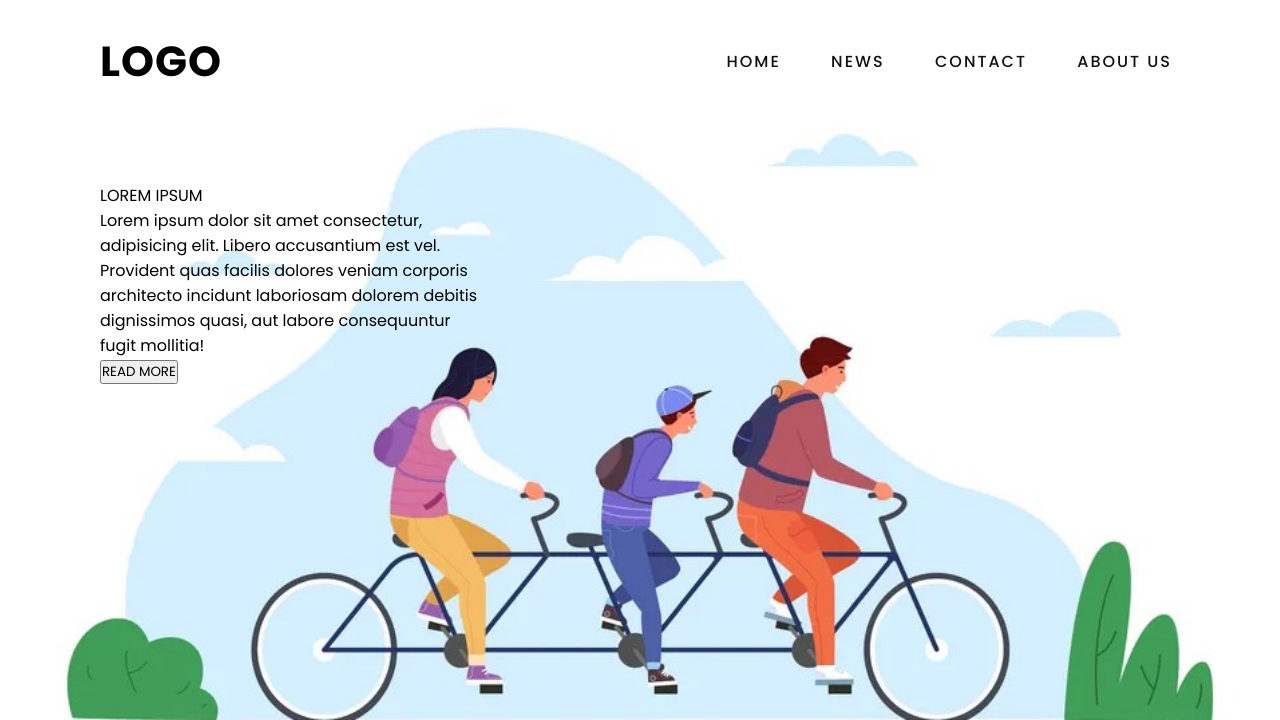
Repository: nganha241/1806
Page: index.html
These files come from the project's save history. The page is drawn as it stood at one moment and after the next save; the edit follows.
The browser window is 1280 px wide. The pictures show the whole page.

Above is the page before, as saved 2022-06-18 15:48:23.

After the next save:
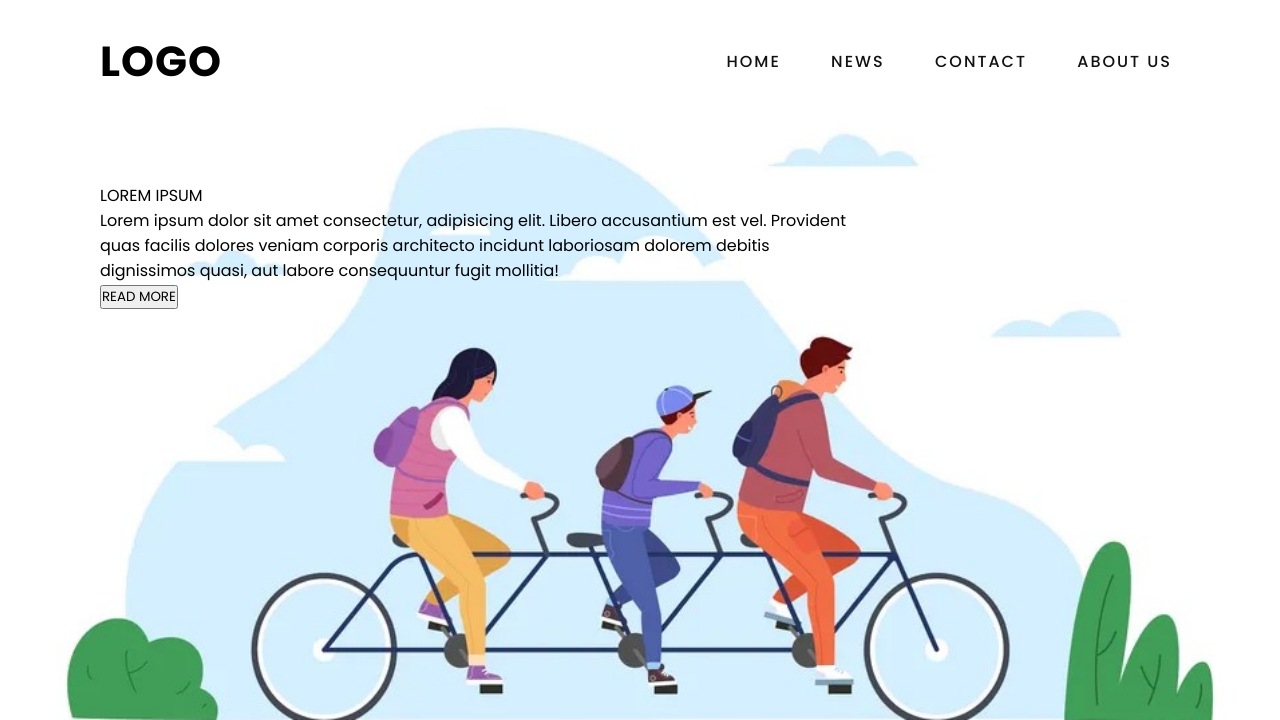
Saved 8 s later.
--- a/style.css
+++ b/style.css
@@ -64,5 +64,5 @@ section header {
 
 .content {
     margin: 60px 100px;
-    width: 30%;
+    width: 60%;
 }
